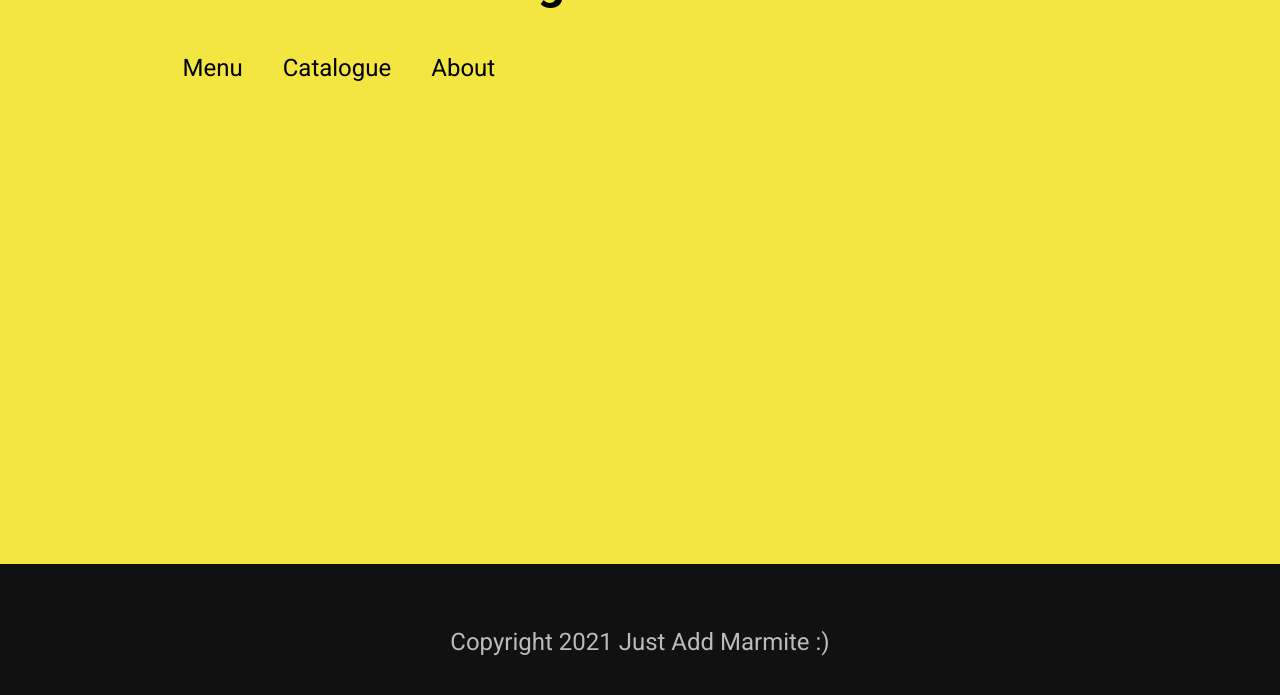
Repository: Fauzaanmhmd/Skripsi
Page: /about/about
The author's editor kept a copy of each file at every save. The page is drawn from the files as they stood at one save, then again after the next save.
The browser window is 1280 px wide. The pictures show the whole page.
The project was rebuilt for these pictures with package versions that can differ from the ones it lists, and the page was loaded fresh each time. The framework's server and built-in components were replaced by stand-ins that run in the browser. Also part of the build but not shown: next.config.js.

Above is the page before, as saved 2021-05-24 20:45:50.

After the next save:
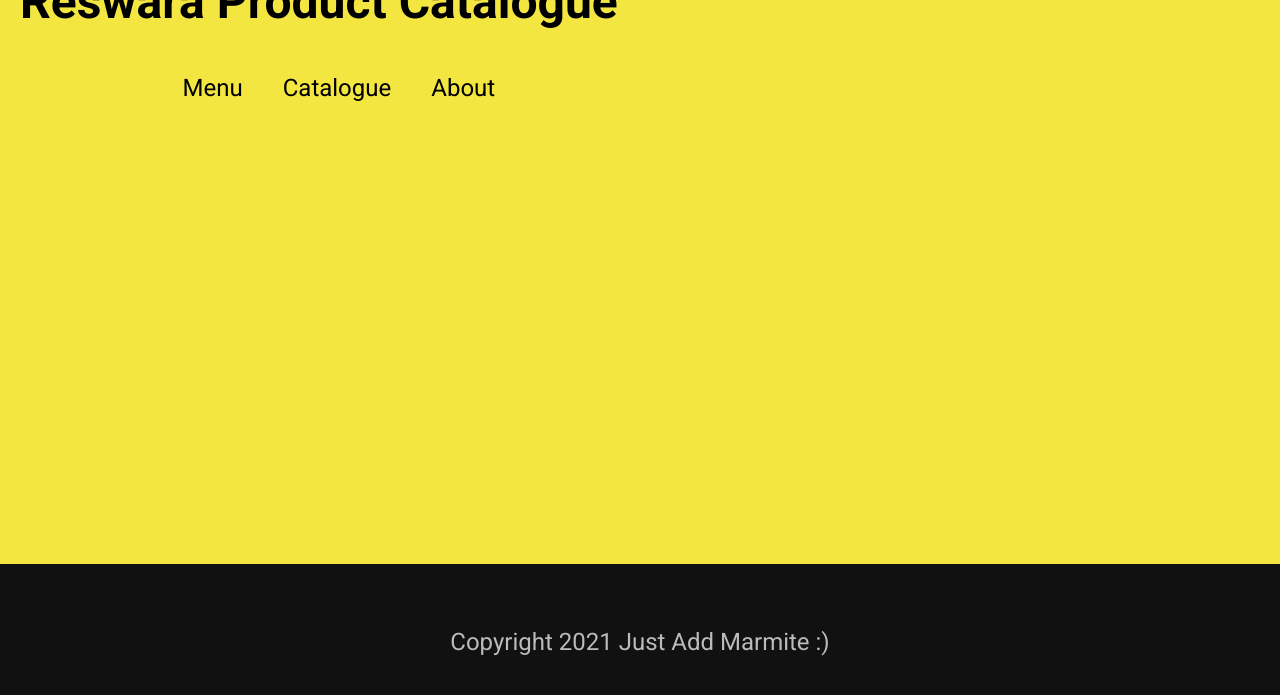
Saved 90 s later.
--- a/styles/globals.css
+++ b/styles/globals.css
@@ -57,7 +57,7 @@ footer {
 .navbar {
   display: flex;
   justify-content: center;
-  height: 60px;
+  height: 100px;
   padding: 10px 20px;
   align-items: center;
   background-color: #F4E640;
